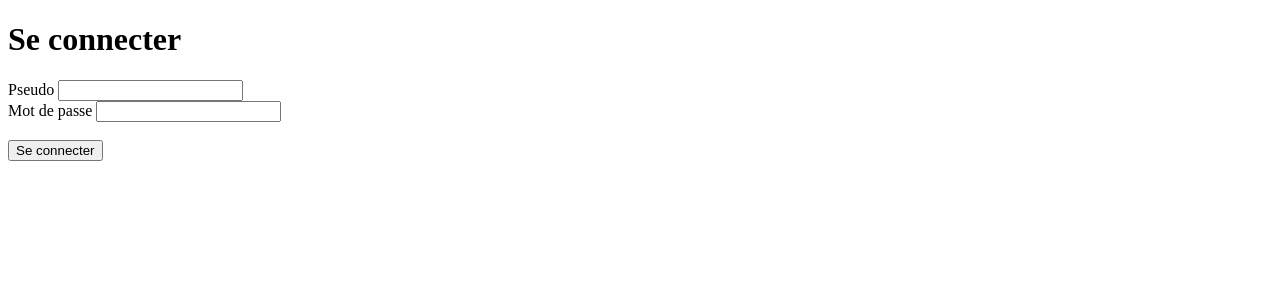
Repository: Yannis699/WW2_forum_project
Page: http://localhost/User/user_connexion.php
The author's editor kept a copy of each file at every save. The page is drawn from the files as they stood at one save, then again after the next save.
The browser window is 1280 px wide. The pictures show the whole page.
The page is run by PHP 8.4 with error messages shown; the project is at /var/www/html/. db.php is not in the repository; a stand-in opens the database connection.

Above is the page before, as saved 2022-05-19 02:29:37.

After the next save:
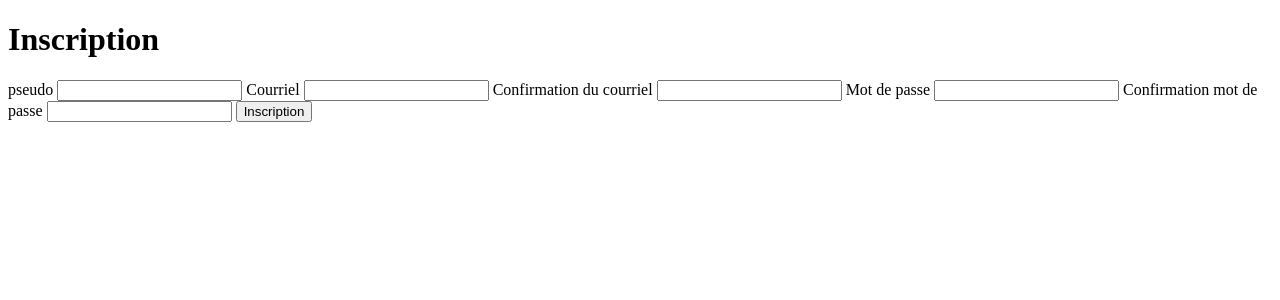
Saved 30 s later.
--- a/User/user_connexion.php
+++ b/User/user_connexion.php
@@ -86,9 +86,6 @@ require_once('../db.php');
 
 ?>
 
-
-
-
 <!DOCTYPE html>
 <html lang="en">
 
@@ -96,19 +93,33 @@ require_once('../db.php');
     <meta charset="UTF-8">
     <meta http-equiv="X-UA-Compatible" content="IE=edge">
     <meta name="viewport" content="width=device-width, initial-scale=1.0">
-    <title>Espace de connexion utilisateur</title>
+    <title>Inscription</title>
 </head>
 
 <body>
-    <h1> Se connecter</h1>
+    <h1> Inscription</h1>
     <form action="" method="post">
-        <label for="pseudo">Pseudo</label>
-        <input type="text" name="pseudo" autocomplete="off">
-        <br>
-        <label for="password">Mot de passe</label>
-        <input type="password" name="mdp">
-        <br><br>
-        <button type="submit" name="connexion"> Se connecter </button>
+
+        <?php if(isset($err_pseudo)) {echo '<div>' . $err_pseudo . '<div>' ; }?>
+
+        <label for="pseudo">pseudo</label>
+        <input type="text" name="pseudo" id="pseudo" value=" <?php if(isset($pseudo)){ echo $pseudo;} ?>">
+
+        <?php if(isset($err_mail)) {echo '<div>' . $err_mail . '<div>' ; }?>
+        <label for="mail">Courriel</label>
+        <input type="email" name="mail" id="mail" value=" <?php if(isset($mail)){ echo $mail;} ?>">
+
+        <label for="">Confirmation du courriel</label>
+        <input type="email" name="confmail" id="confmail">
+
+        <?php if(isset($err_password)) { echo '<div>' . $err_password . '<div>';} ?>
+        <label for=""> Mot de passe </label>
+        <input type="password" name="password" id="" value= "">
+
+        <label for=""> Confirmation mot de passe </label>
+        <input type="password" name="confpassword" id="confpassword">
+
+        <button type="submit" name="inscription">Inscription</button>
     </form>
 </body>
 
